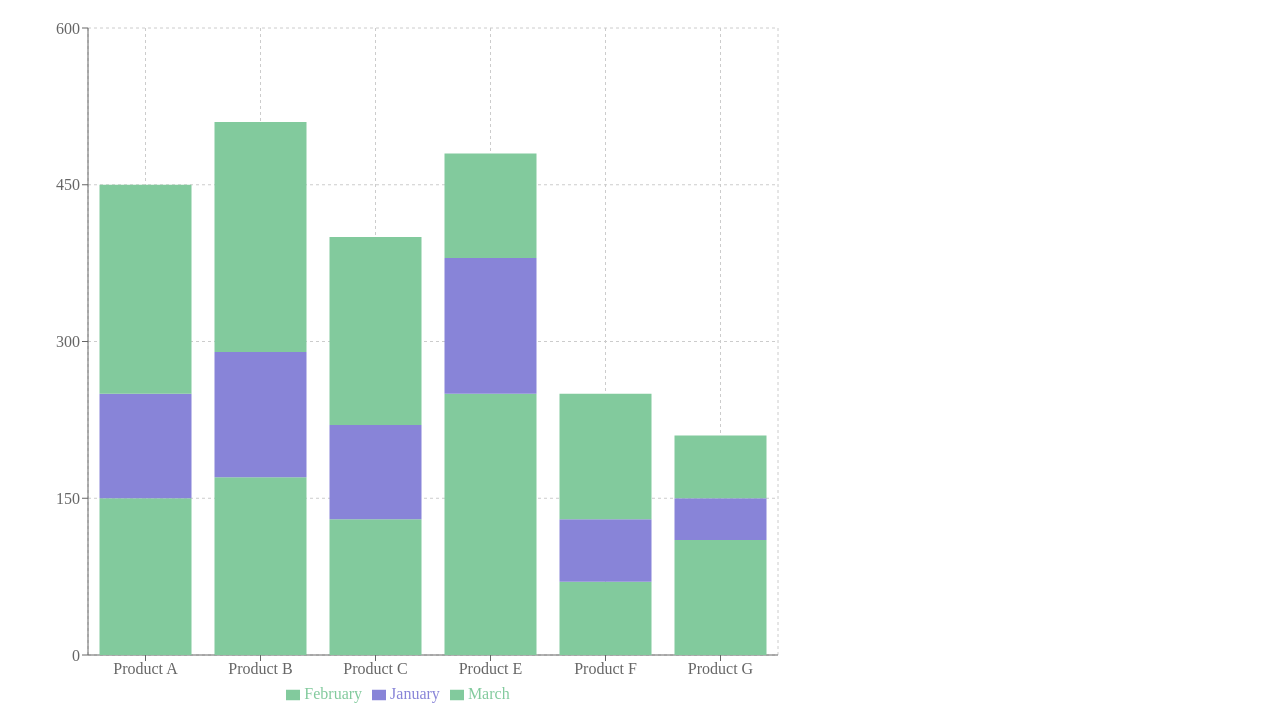
Repository: sagarjain738/test
Page: /
These files come from the project's save history. The page is drawn as it stood at one moment and after the next save; the edit follows.
The browser window is 1280 px wide. The pictures show the whole page.
The project was rebuilt for these pictures with package versions that can differ from the ones it lists, and the page was loaded fresh each time. Also part of the build but not shown: vite.config.js, src/App.css, src/components/FirstChart.jsx, src/index.css.

Above is the page before, as saved 2024-01-20 19:13:00.

After the next save:
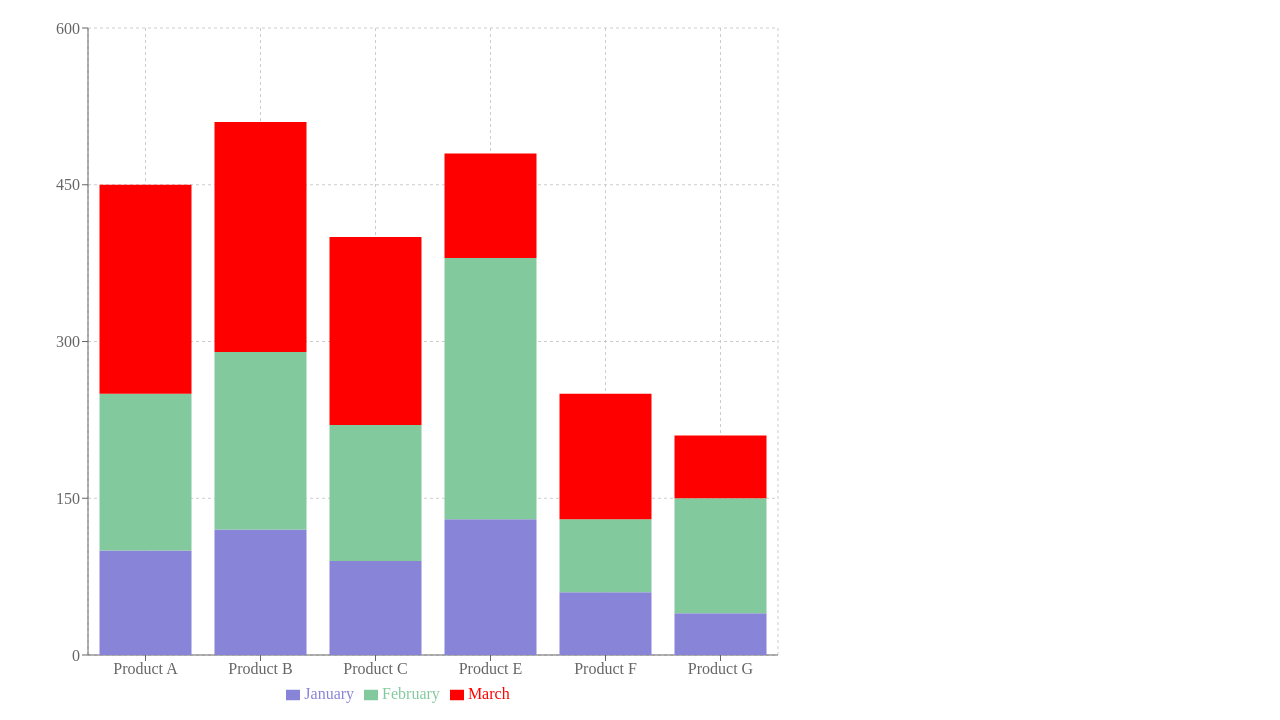
Saved 18 s later.
--- a/src/components/SecondData.jsx
+++ b/src/components/SecondData.jsx
@@ -29,9 +29,9 @@ const SecondChart = ({ records }) => {
       <YAxis />
       <Tooltip />
       <Legend />
+      <Bar dataKey="January" stackId="a" fill="#8884d8" />
       <Bar dataKey="February" stackId="a" fill="#82ca9d" />
-      <Bar dataKey="January" stackId="a" fill="#8884d8" />
-      <Bar dataKey="March" stackId="a" fill="#82ca9d" />
+      <Bar dataKey="March" stackId="a" fill="red" />
     </BarChart>
   );
 };
